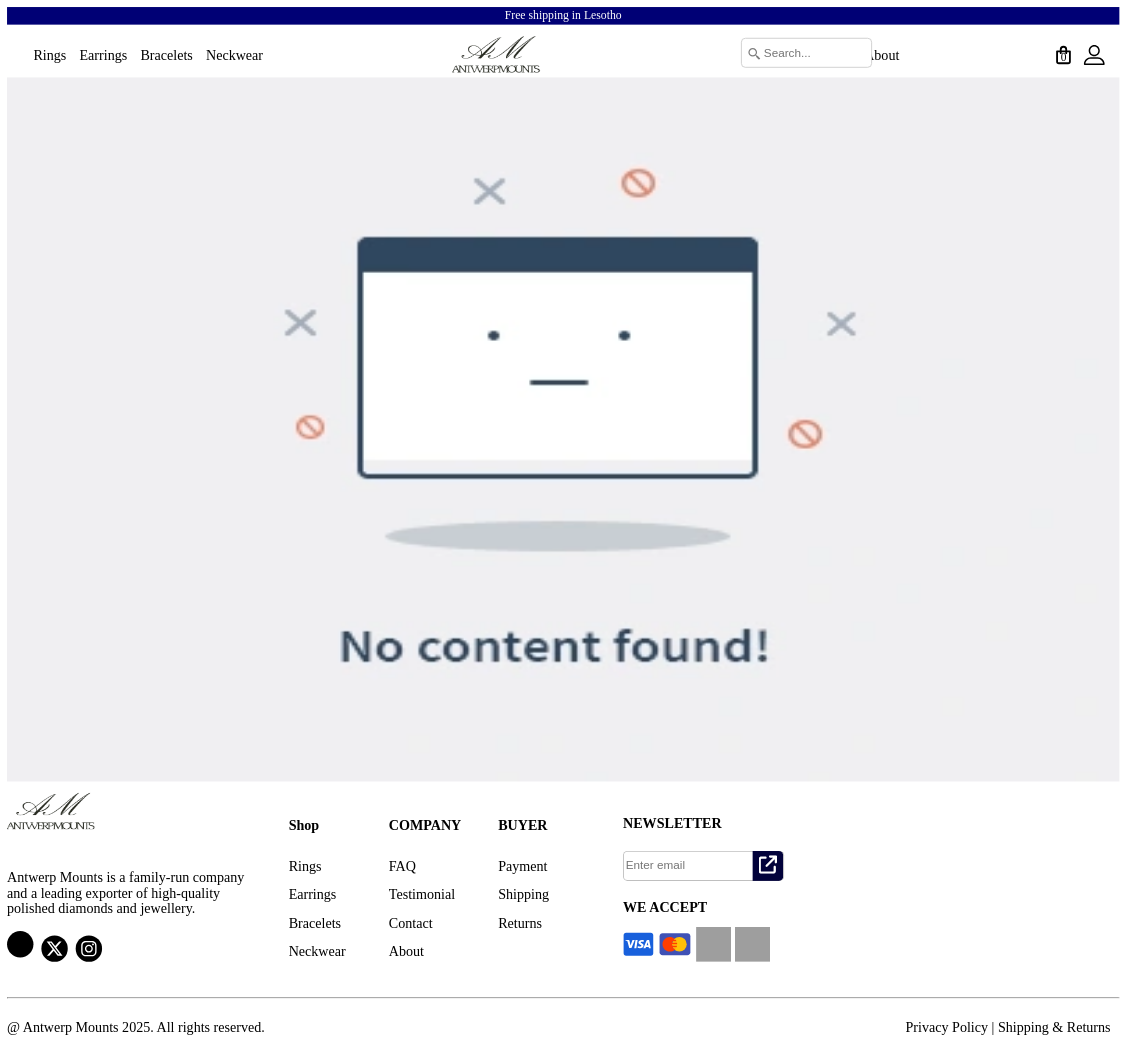
Repository: kea-0424/Web-Development-Project-1
Page: First_collaboration/JewelarySite.html
These files come from the project's save history. The page is drawn as it stood at one moment and after the next save; the edit follows.
The browser window is 1280 px wide. The pictures show the whole page, at 88% of full size.
Pictures or frames that could not be fetched are drawn as grey boxes.

Above is the page before, as saved 2025-01-23 15:01:17.

After the next save:
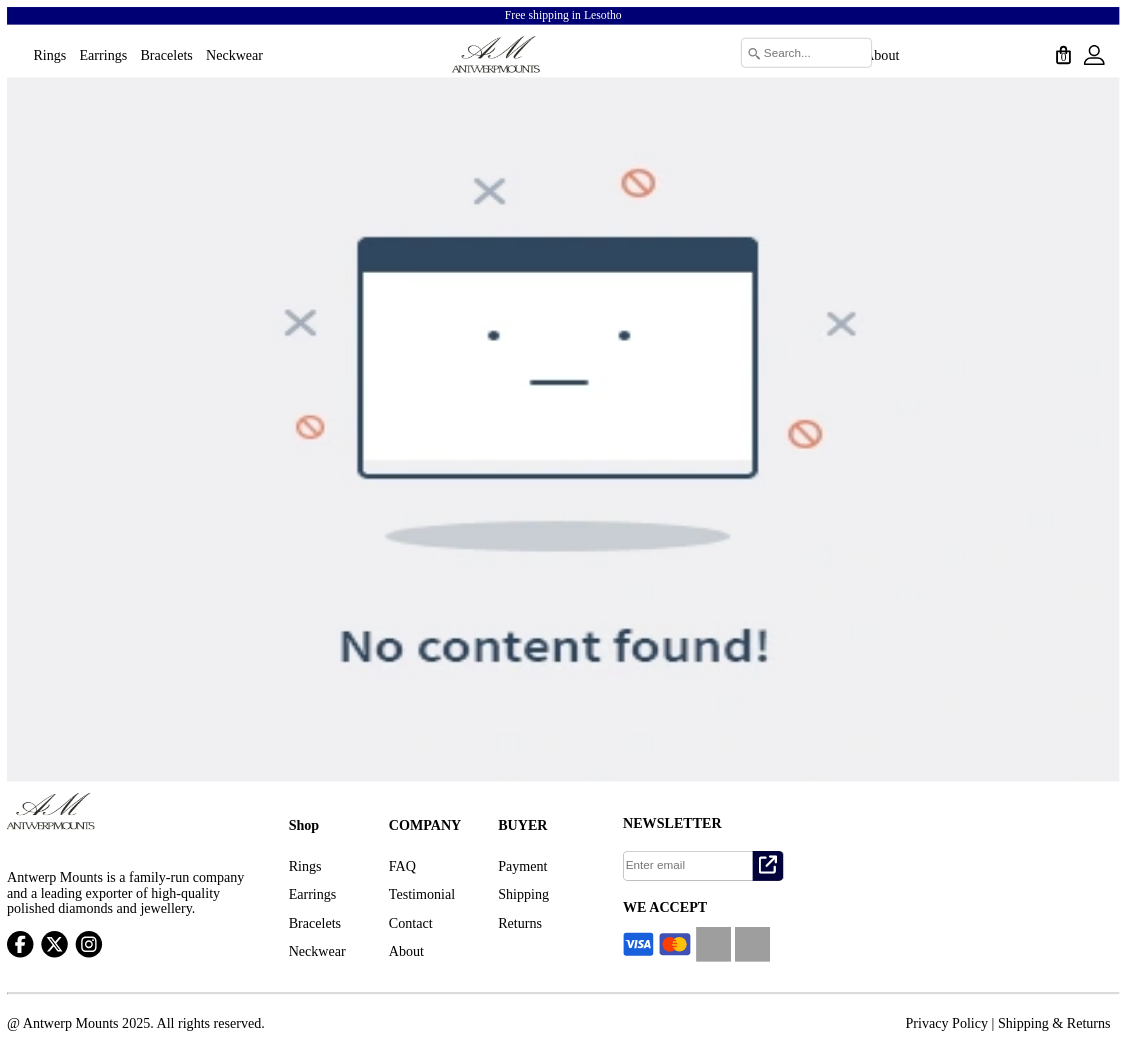
Saved 11 s later.
--- a/First_collaboration/JewelarySite.html
+++ b/First_collaboration/JewelarySite.html
@@ -55,7 +55,7 @@
                             </div>
                                 <div class="social_media">
                                     <div class="socials1" >
-                                        <a href="#"><!<img src="./facebook-f-brands-solid.svg" alt="Facebook" id="facebook_link"></a>
+                                        <a href="#"><img src="./facebook-f-brands-solid.svg" alt="Facebook" id="facebook_link"></a>
                                     </div>
                                     <div class="socials2">
                                         <a href="#"><img src="./x-twitter-brands-solid.svg" alt="Twitter" id="X_link"></a>

After the save that followed:
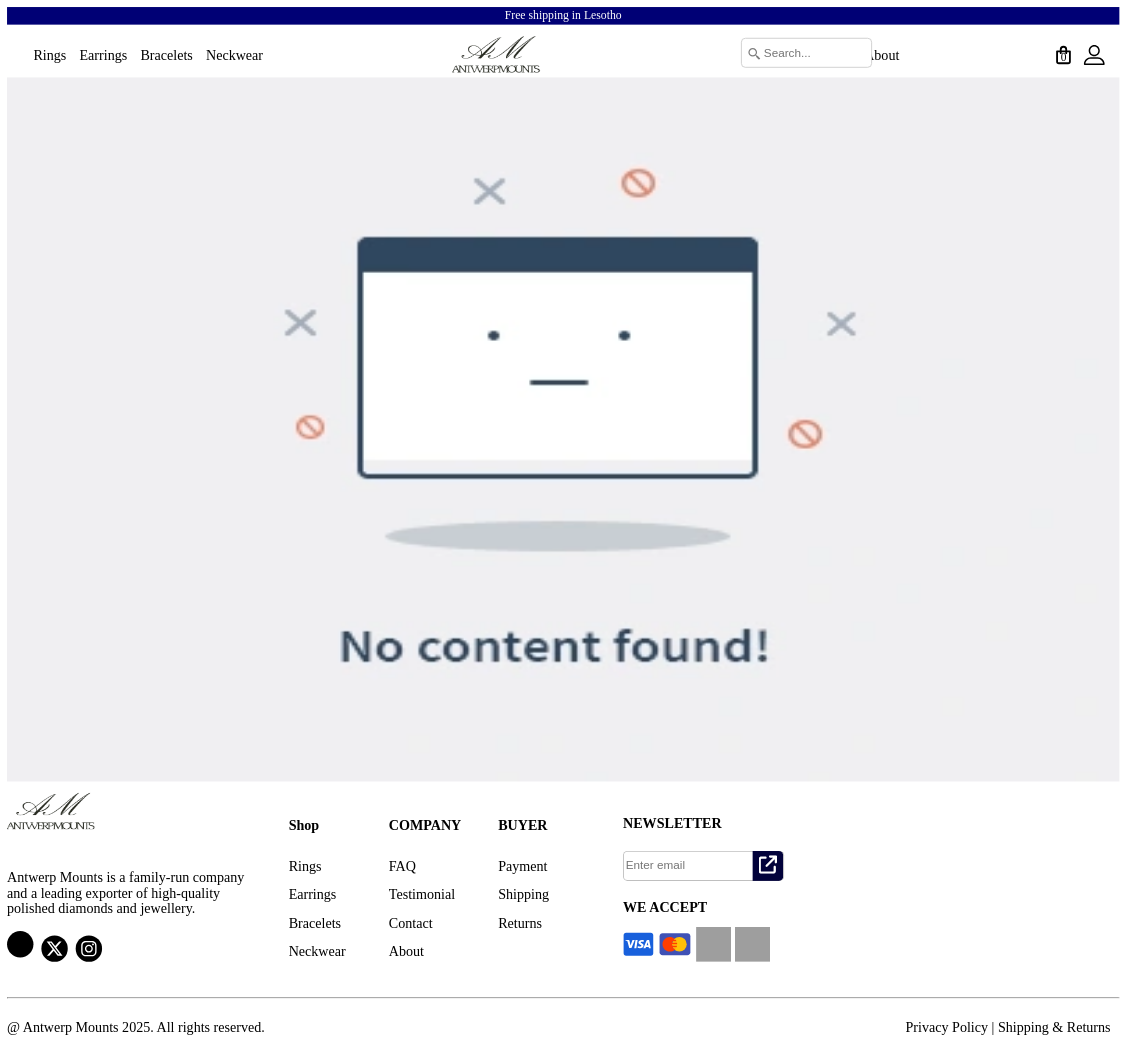
Saved 11 s later.
--- a/First_collaboration/JewelarySite.html
+++ b/First_collaboration/JewelarySite.html
@@ -55,7 +55,7 @@
                             </div>
                                 <div class="social_media">
                                     <div class="socials1" >
-                                        <a href="#"><img src="./facebook-f-brands-solid.svg" alt="Facebook" id="facebook_link"></a>
+                                        <!-- <a href="#"><img src="./facebook-f-brands-solid.svg" alt="Facebook" id="facebook_link"></a> -->
                                     </div>
                                     <div class="socials2">
                                         <a href="#"><img src="./x-twitter-brands-solid.svg" alt="Twitter" id="X_link"></a>
